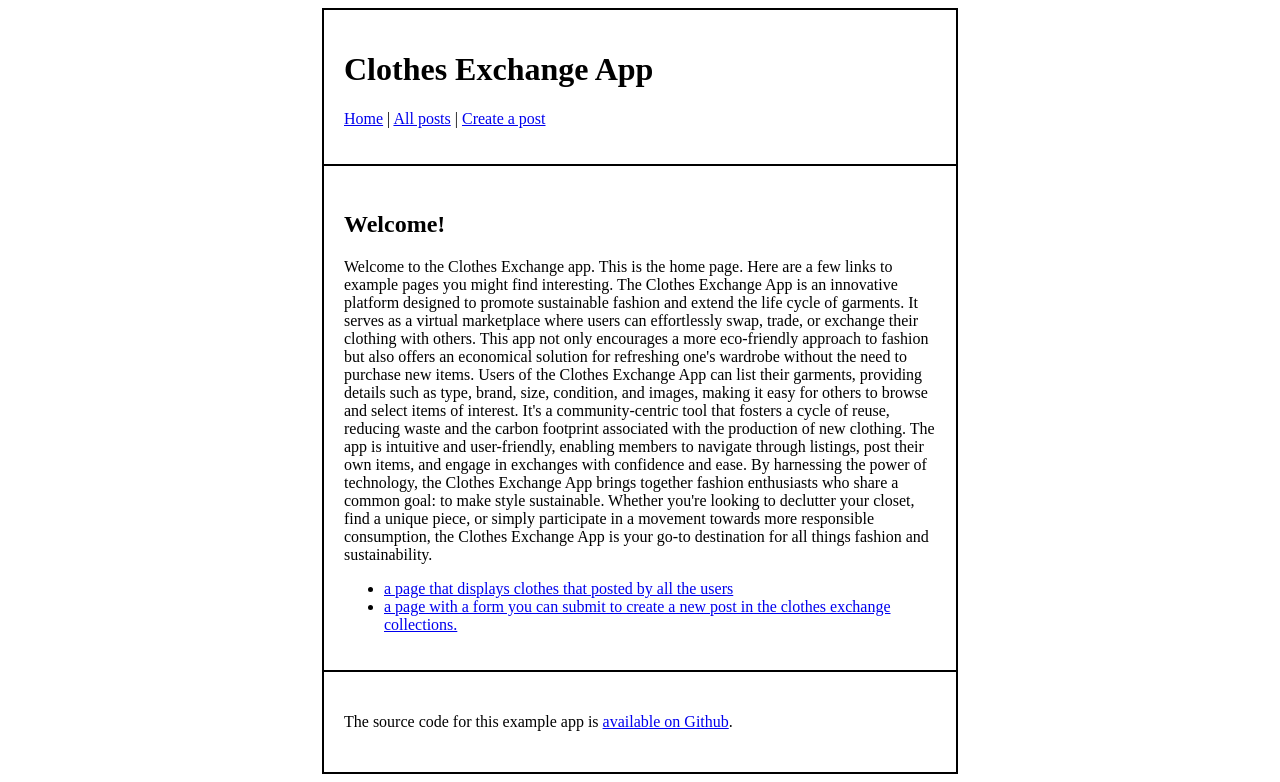
Repository: dbdesign-students-spring2024/7-web-app-dianachen1013
Page: http://localhost/
An editor plug-in stored every save of this project. The page is shown before and after the next save, followed by the edit.
The browser window is 1280 px wide. The pictures show the whole page.
The page is served by the project's application, run on Flask 3 (app.py).

Above is the page before, as saved 2024-04-15 17:33:41.

After the next save:
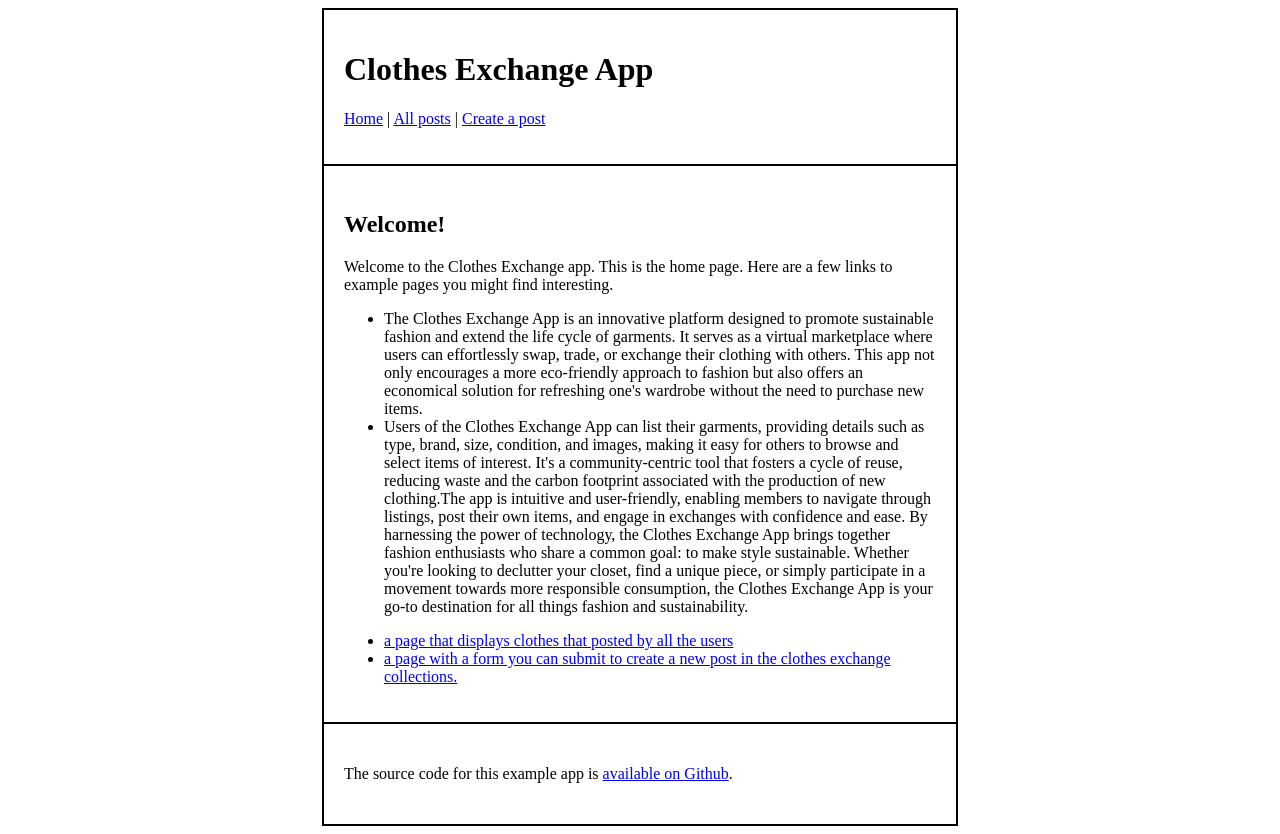
Saved 5 min 4 s later.
--- a/templates/index.html
+++ b/templates/index.html
@@ -3,11 +3,12 @@
 {% block container %}
 <h2>Welcome!</h2>
 <p>Welcome to the Clothes Exchange app. This is the home page. Here are a few links to example pages you might find interesting.
-    The Clothes Exchange App is an innovative platform designed to promote sustainable fashion and extend the life cycle of garments. It serves as a virtual marketplace where users can effortlessly swap, trade, or exchange their clothing with others. This app not only encourages a more eco-friendly approach to fashion but also offers an economical solution for refreshing one's wardrobe without the need to purchase new items.
 
-Users of the Clothes Exchange App can list their garments, providing details such as type, brand, size, condition, and images, making it easy for others to browse and select items of interest. It's a community-centric tool that fosters a cycle of reuse, reducing waste and the carbon footprint associated with the production of new clothing.
 
-The app is intuitive and user-friendly, enabling members to navigate through listings, post their own items, and engage in exchanges with confidence and ease. By harnessing the power of technology, the Clothes Exchange App brings together fashion enthusiasts who share a common goal: to make style sustainable. Whether you're looking to declutter your closet, find a unique piece, or simply participate in a movement towards more responsible consumption, the Clothes Exchange App is your go-to destination for all things fashion and sustainability.
+    <ul>
+        <li>The Clothes Exchange App is an innovative platform designed to promote sustainable fashion and extend the life cycle of garments. It serves as a virtual marketplace where users can effortlessly swap, trade, or exchange their clothing with others. This app not only encourages a more eco-friendly approach to fashion but also offers an economical solution for refreshing one's wardrobe without the need to purchase new items.</li>
+        <li>Users of the Clothes Exchange App can list their garments, providing details such as type, brand, size, condition, and images, making it easy for others to browse and select items of interest. It's a community-centric tool that fosters a cycle of reuse, reducing waste and the carbon footprint associated with the production of new clothing.<wbr>The app is intuitive and user-friendly, enabling members to navigate through listings, post their own items, and engage in exchanges with confidence and ease. By harnessing the power of technology, the Clothes Exchange App brings together fashion enthusiasts who share a common goal: to make style sustainable. Whether you're looking to declutter your closet, find a unique piece, or simply participate in a movement towards more responsible consumption, the Clothes Exchange App is your go-to destination for all things fashion and sustainability.</li>
+    </ul>
     <ul>
         <li><a href="{{ url_for('read')}}">a page that displays clothes that posted by all the users</a></li>
         <li><a href="{{ url_for('create')}}">a page with a form you can submit to create a new post in the clothes exchange collections.</a></li>
